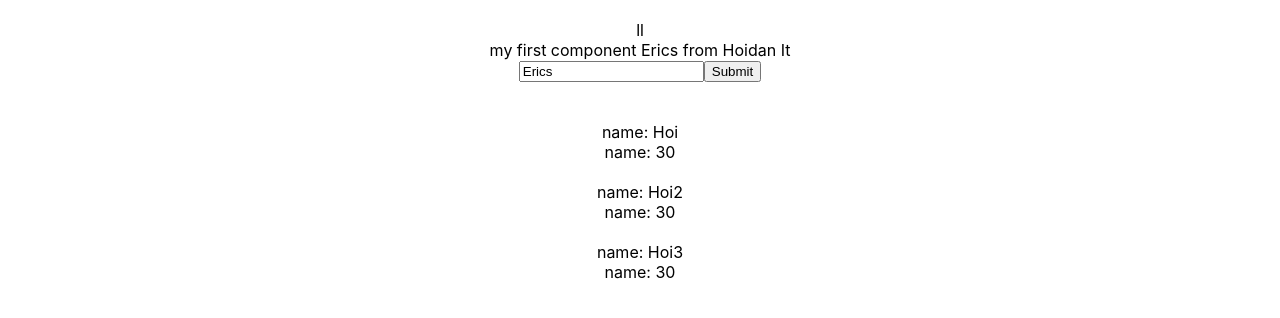
Repository: tvvn12/React-demo
Page: /
These files come from the project's save history. The page is drawn as it stood at one moment and after the next save; the edit follows.
The browser window is 1280 px wide. The pictures show the whole page.
The project was rebuilt for these pictures with package versions that can differ from the ones it lists, and the page was loaded fresh each time.

Above is the page before, as saved 2024-03-05 14:18:48.

After the next save:
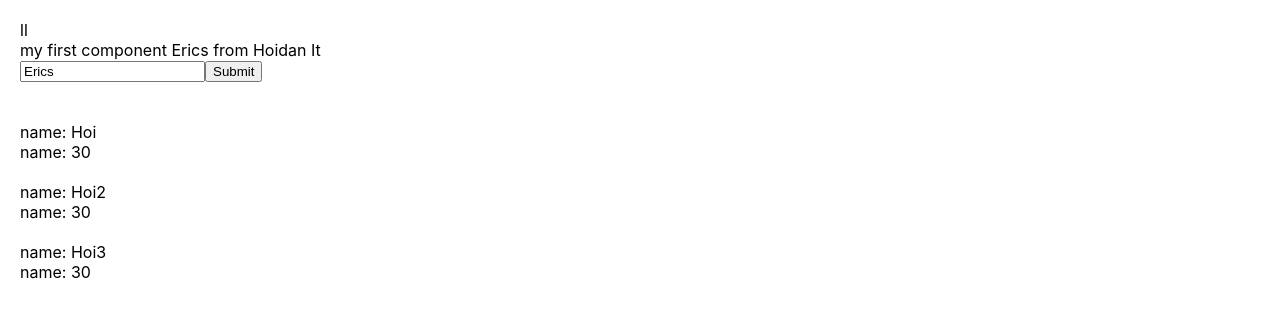
Saved 22 s later.
--- a/src/App.css
+++ b/src/App.css
@@ -13,9 +13,7 @@ code {
     monospace;
 }
 
-.App {
-  text-align: center;
-}
+/*  */
 
 .App-logo {
   height: 40vmin;
